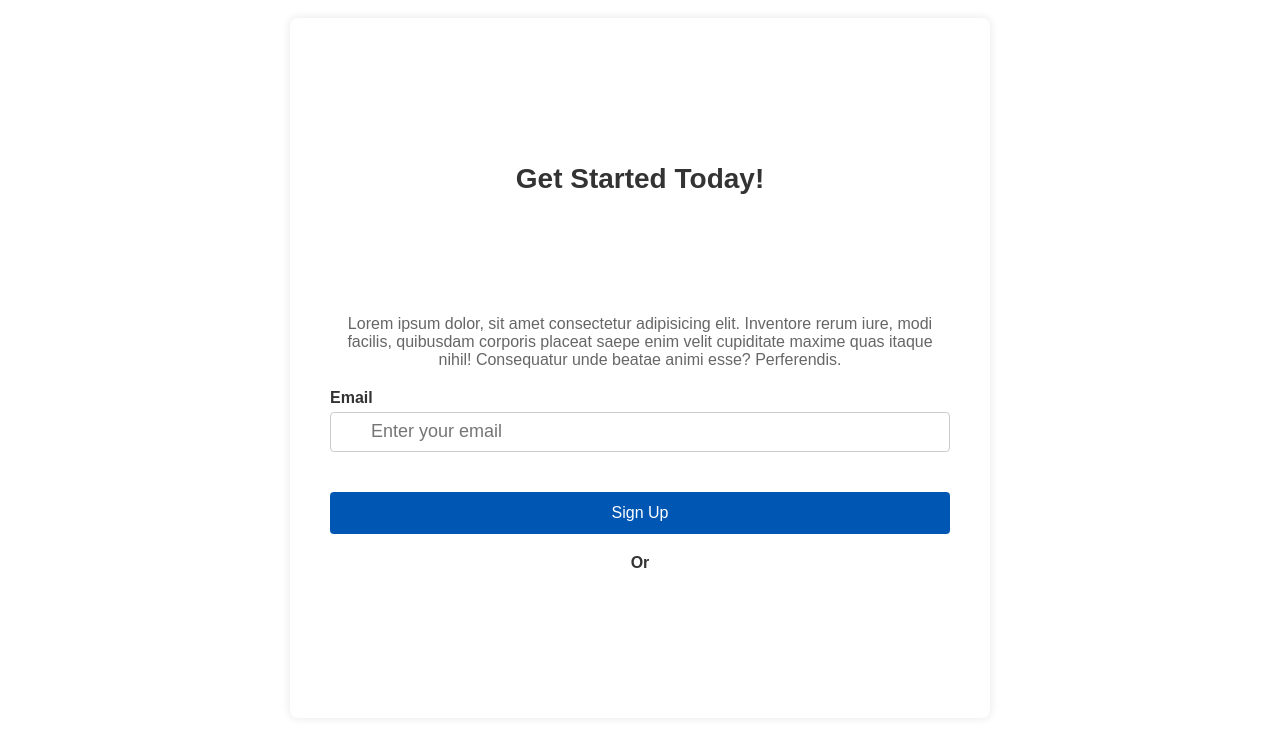
Repository: Femi007-gh/LOGIN-INTERFACE
Page: index.html
These files come from the project's save history. The page is drawn as it stood at one moment and after a run of saves; the edit follows.
The browser window is 1280 px wide. The pictures show the whole page.

Above is the page before, as saved 2025-01-21 06:48:45.

### index.html
<html>
  <head>
    <title></title>
    <link rel="stylesheet" href="style.css">
  </head>
  <body>
    <div class="container">
      <div class="left-session">
        <div class="form-container">
          <h1>Get Started Today!</h1>
          <p>Lorem ipsum dolor, sit amet consectetur adipisicing elit. Inventore rerum iure, modi facilis, quibusdam corporis placeat saepe enim velit cupiditate maxime quas itaque nihil! Consequatur unde beatae animi esse? Perferendis.</p>
          <form>
            <div class="inter-group">
              <p>Email</p>
              <input type="email" id="email" placeholder="Enter your email" class="email">
            </div>
           <button class="primary-btn" type="submit">
              Sign Up
            </button>
            </form>
            <p class="divider">Or</p>
            <div class="social-buttons">

      </div>
      <div class="right-section"></div>
    </div>
  </body>
</html>

### style.css
body {
  font-family: Arial, sans-serif;
  display: flex;
  justify-content: center;
  align-items: center;
  height: 100vh;
}

.container {
  display: flex;
  width: 700px;
  height: 700px;
  background-color: white;
  border-radius: 8px;
  box-shadow: 0 0 10px rgba(0, 0, 0, 0.1);
}

.left-session {
  flex: 1;
  padding: 40px;
  display: flex;
  flex-direction: column;
  justify-content: center;
}

.form-container {
  text-align: center;
}

h1 {
  font-size: 28px;
  margin-bottom: 120px;
  color: #333;
}

p {
  margin: 10px 0;
  color: #666;
}

.inter-group {
  margin: 20px 0;
  text-align: left;
}

.inter-group p {
  margin-bottom: 5px;
  font-weight: bold;
  color: #333;
}

.input-wrapper {
  position: relative;
}

input[type="email"], input[type="text"] {
  width: 620px;
  height: 40px;
  border: 1px solid #ccc;
  border-radius: 4px;
  margin-bottom: 20px;
  padding-left: 40px;
  font-size: 18px;
}

.email-icon, .app-icon {
  position: absolute;
  left: 10px;
  top: 50%;
  transform: translateY(-50%);
  width: 20px;
  height: 20px;
}

.primary-btn {
  background-color: #0056b3;
  color: white;
  border: none;
  padding: 12px 20px;
  border-radius: 4px;
  cursor: pointer;
  font-size: 16px;
  width: 100%;
  display: flex;
  align-items: center;
  justify-content: center;
  transition: background-color 0.3s ease;
}

.primary-btn:hover {
  background-color: #004494;
}

.primary-btn .message-icon {
  margin-right: 10px;
  width: 20px;
  height: 20px;
}

.divider {
  text-align: center;
  font-weight: bold;
  margin: 20px 0;
  color: #333;
}

.social-buttons {
  display: flex;
  flex-direction: column;
  gap: 15px;
}

.social-buttons .input-wrapper {
  background-color: transparent;
}

.center-text {
  text-align: center;
  margin-top: 20px;
  color: #333;
}

.center-text a {
  color: #0056b3;
  text-decoration: none;
  font-weight: bold;
}

.center-text a:hover {
  text-decoration: underline;
}

After the next 2 saves:
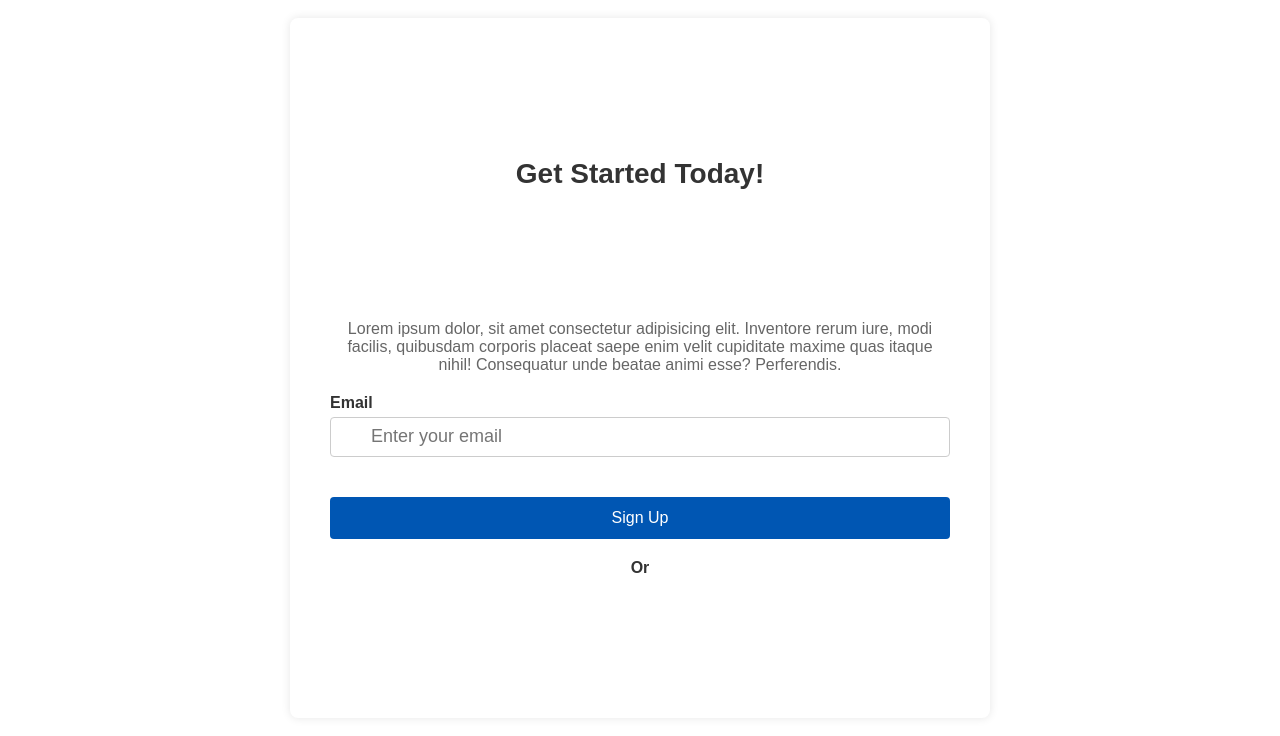
The 2 saves are shown as one change because they came seconds apart.
The last was saved 11 s later.
--- a/style.css
+++ b/style.css
@@ -29,7 +29,7 @@ body {
 
 h1 {
   font-size: 28px;
-  margin-bottom: 120px;
+  margin-bottom: 130px;
   color: #333;
 }
 
